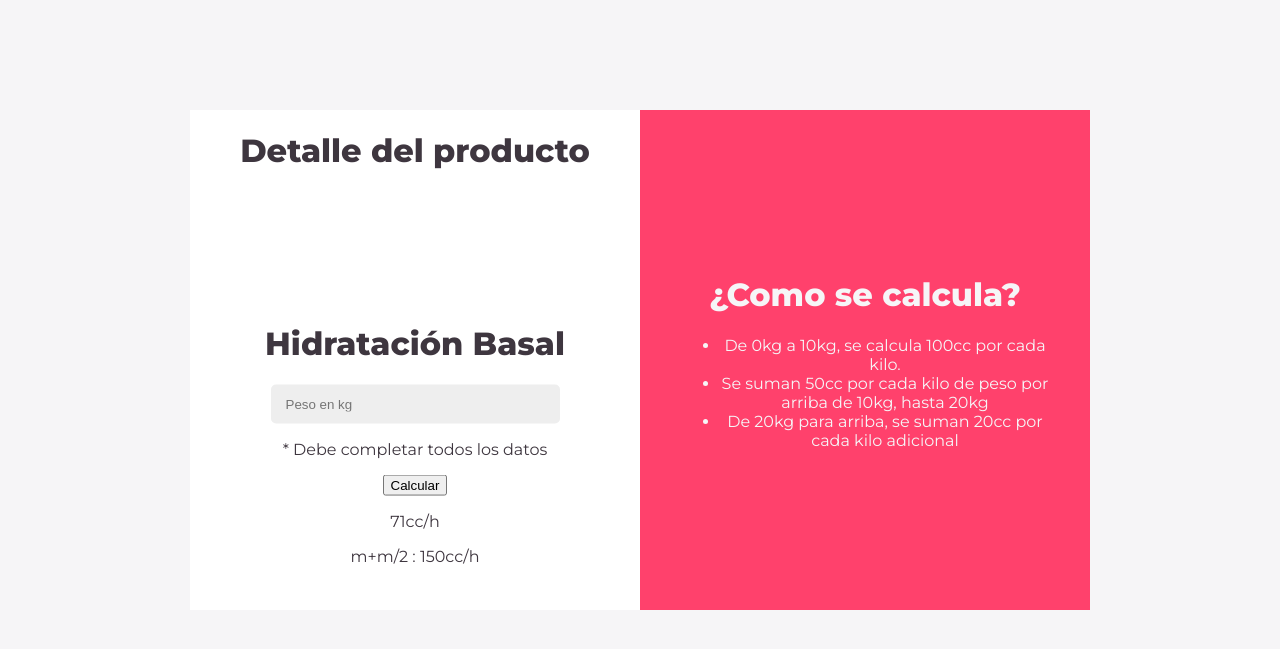
Repository: Fredy452/calculadora_basal
Page: index.html
An editor plug-in stored every save of this project. The page is shown before and after the next save, followed by the edit.
The browser window is 1280 px wide. The pictures show the whole page.

Above is the page before, as saved 2023-04-21 08:01:07.

### index.html
<!DOCTYPE html>
<html lang="en">
<head>
    <meta charset="UTF-8">
    <meta http-equiv="X-UA-Compatible" content="IE=edge">
    <meta name="viewport" content="width=device-width, initial-scale=1.0">
    <title>Calculadora de hidratación</title>
    <link rel="stylesheet" href="style.css">
</head>
<body>
    <div id="contenedor">
        <div id="calculadora">
            <h1>Detalle del producto</h1>
            <div class="contenido">
                <h1>Hidratación Basal</h1>
                <input type="number" name="peso" id="peso" placeholder="Peso en kg">
                <p>* Debe completar todos los datos</p>
                <button>Calcular</button>
                <p>71cc/h</p>
                <p>m+m/2 : 150cc/h</p>
            </div>
        </div>
        <div id="detalle">
            <div class="contenido">
                <h1>¿Como se calcula?</h1>
                <ul>
                    <li>De 0kg a 10kg, se calcula 100cc por cada kilo.</li>
                    <li>Se suman 50cc por cada kilo de peso por arriba de 10kg, hasta 20kg</li>
                    <li>De 20kg para arriba, se suman 20cc por cada kilo adicional</li>
                </ul>
            </div>
        </div>
    </div>
</body>
</html>

### style.css
@import url('https://fonts.googleapis.com/css?family=Montserrat:400,800');

body{
    font-family: 'Montserrat', sans-serif;
    background: #f6f5f7;
    color: #3E363F;
}
#contenedor{
    width: 900px;
    height: 500px;
    position: absolute;
    text-align: center;
    inset: 0;
    margin: auto;
}
#calculadora{
    background: white;
    width: 50%;
    height: 100%;
    float: left;
}
#detalle{
    background: #FF416C;
    width: 50%;
    height: 100%;
    float: left;
    color: #f6f5f7;
}
.contenido{
    /* Centrando el contenido de los divs */
    position: relative;
    top: 50%;
    transform: translateY(-50%);
    overflow: hidden;
    padding: 40px;
}
input{
    width: 70%;
    padding: 12px 15px;
    border: none;
    background-color: #eee;
    outline: none;
    border-radius: 5px;
    transition: background-color 0.2s, border 0.2s, box-shadow 0.3s;
}
input:hover{
    background-color:#ebe8eb;
    border: 1px solid rgb(143, 138, 138);
    box-shadow: 0 0 10px rgb(126, 122, 122);
}

After the next save:
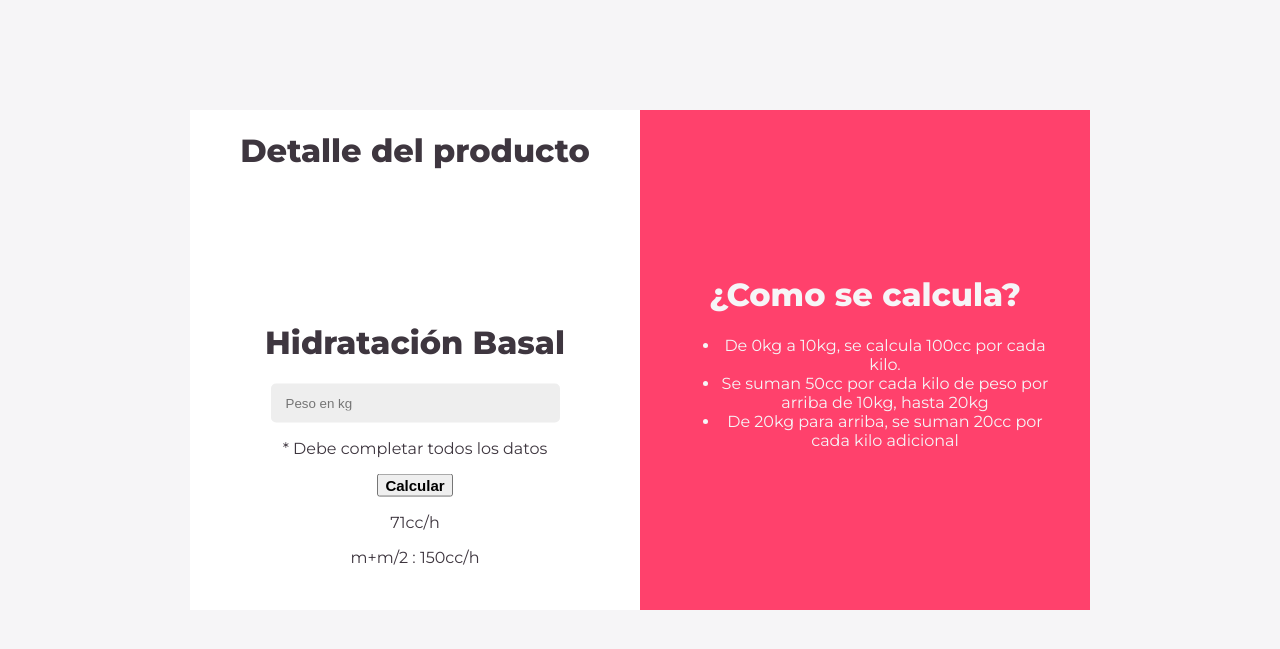
Saved 79 s later.
--- a/style.css
+++ b/style.css
@@ -48,3 +48,7 @@ input:hover{
     border: 1px solid rgb(143, 138, 138);
     box-shadow: 0 0 10px rgb(126, 122, 122);
 }
+button{
+    font-size: 15px;
+    font-weight: bold;
+}
